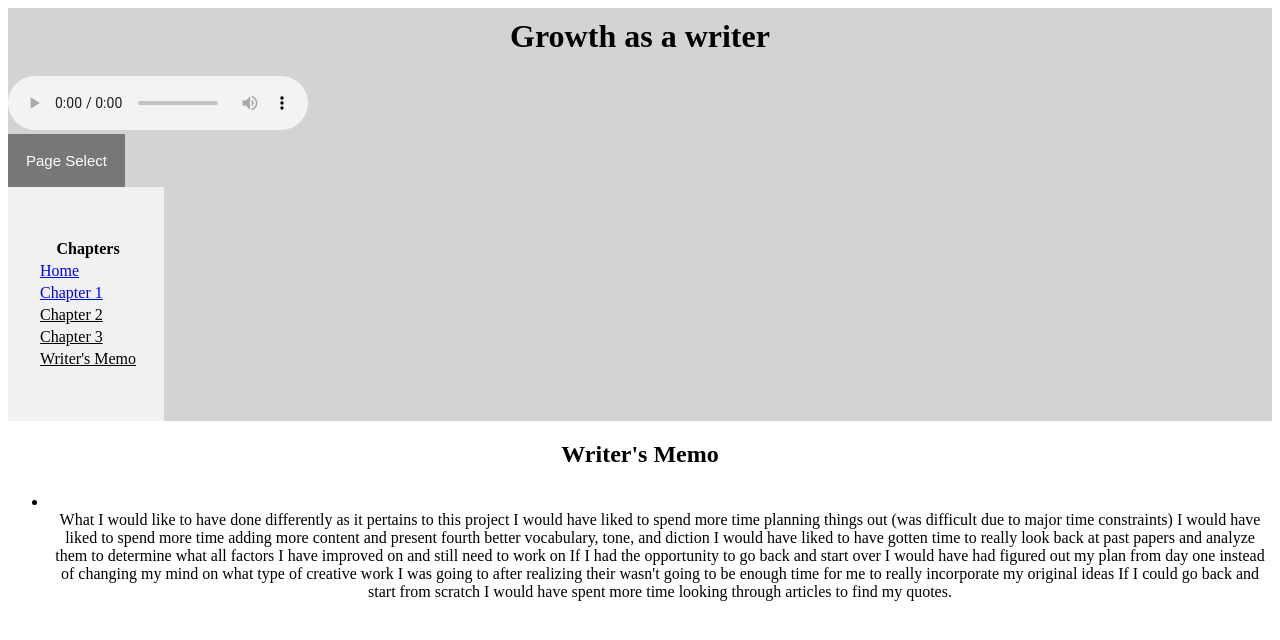
Repository: jpaisiem/WP-4
Page: WritersMemo.html
The author's editor kept a copy of each file at every save. The page is drawn from the files as they stood at one save, then again after a run of saves.
The browser window is 1280 px wide. The pictures show the whole page.

Above is the page before, as saved 2025-05-01 12:00:46.
Console error: TypeError: Cannot read properties of undefined (reading 'toggle')

### WritersMemo.html
<!DOCTYPE html>
<html>
<head>
<meta name="viewport" content="width=device-width, initial-scale=1">
<style>
.collapsible {
  background-color: #777;
  color: white;
  cursor: pointer;
  padding: 18px;
  width: fit-content;
  border: none;
  text-align: left;
  outline: none;
  font-size: 15px;
}

.active, .collapsible:hover {
  background-color: #555;
}

.content {
  display: flex;
  flex-direction: column;
  overflow: hidden;
  background-color: #f1f1f1;
  width: fit-content;
  height: fit-content;
  padding-left: 2.3%;
  padding-right: 2%;
}
p
{
 font-size: 25px;
 text-align: left;
 margin-left: 5%;
}
</style>
<title>Growth as a writer - Chapter 3</title>
</head>
<body>
    <div style="background-color: lightgray; display: flex; flex-direction: column; margin-top: 0%;">
        <h1 style="text-align: center; background-color: lightgray; padding-top: 10px; margin-top: 0%;">Growth as a writer</h1>
        <div style="align-items: center;">
        <audio controls>
            <source src="audio.mp3" type="audio/mpeg">
        </audio>
        </div>
<button type="button" class="collapsible">Page Select</button>
<div class="content">
  <p><table>
    <tr>
        <th>Chapters</th>
    </tr>
    <tr>
        <td><a href="index.html">Home</a></td>
    </tr>
    <tr>
        <td><a href="Chapter1.html">Chapter 1</a></td>
    </tr>
     <tr>
        <td><a href="Chapter2.html" style="color: black;">Chapter 2</a></td>
    </tr>
    <tr>
        <td><a href="Chapter3.html" style="color: black;">Chapter 3</a></td>
    </tr>
    <tr>
        <td><a href="WritersMemo.html" style="color: black;">Writer&apos;s Memo</a></td>
    </tr>
  </table></p>
</div>
    </div>
<div style="text-align: center;">
     <h2 style="text-align: center;">Writer&apos;s Memo</h2>
     <p>
      <ul>
    <li></li>What I would like to have done differently as it pertains to this project
I would have liked to spend more time planning things out (was difficult due to major time constraints)
I would have liked to spend more time adding more content and present fourth better vocabulary, tone, and diction
I would have liked to have gotten time to really look back at past papers and analyze them to determine what all factors I have improved on and still need to work on
If I had the opportunity to go back  and start over I would  have had figured out my plan from day one instead of changing my mind on what type of creative work I was going to after realizing their wasn't going to be enough time for me to really incorporate my original ideas
If I could go back and start from scratch I would have spent more time looking through articles to find my quotes.
</ul>
</p>
</div>
<script>
var coll = document.getElementsByClassName("collapsible");
var i;

for (i = 0; i < coll.length; i++) {
  coll[i].addEventListener("click", function() {
    this.classList.toggle("active");
    var content = this.nextElementSibling;
    if (content.style.display === "block") {
      content.style.display = "none";
    } else {
      content.style.display = "block";
    }
  });
}
if(location.reload){
    this.classList.toggle("collapsible");
}
</script>

</body>
</html>

After the next 2 saves:
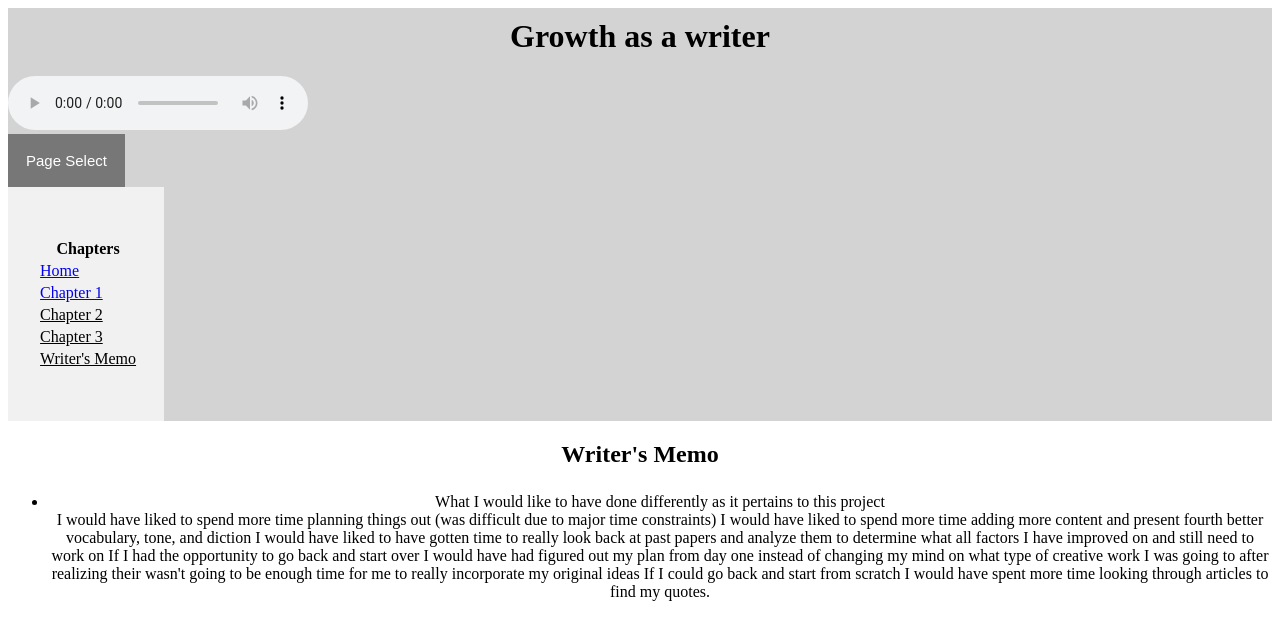
The 2 saves are shown as one change because they came seconds apart.
The last was saved 6 s later.
--- a/WritersMemo.html
+++ b/WritersMemo.html
@@ -74,8 +74,8 @@ p
      <h2 style="text-align: center;">Writer&apos;s Memo</h2>
      <p>
       <ul>
-    <li></li>What I would like to have done differently as it pertains to this project
-I would have liked to spend more time planning things out (was difficult due to major time constraints)
+    <li>What I would like to have done differently as it pertains to this project</li>
+</li>I would have liked to spend more time planning things out (was difficult due to major time constraints)</li>
 I would have liked to spend more time adding more content and present fourth better vocabulary, tone, and diction
 I would have liked to have gotten time to really look back at past papers and analyze them to determine what all factors I have improved on and still need to work on
 If I had the opportunity to go back  and start over I would  have had figured out my plan from day one instead of changing my mind on what type of creative work I was going to after realizing their wasn't going to be enough time for me to really incorporate my original ideas
